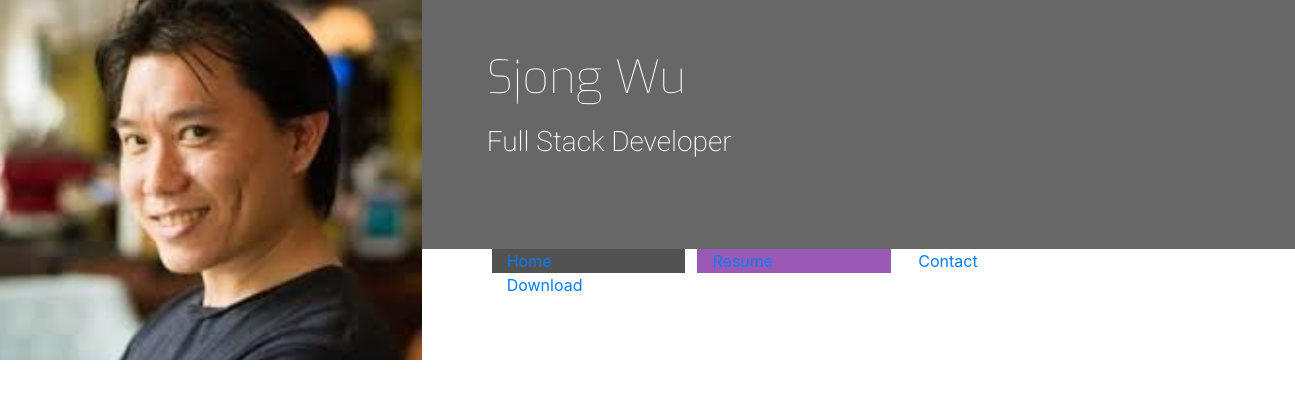
Repository: Scuzeme/codeinstitue-resume-project
Page: index.html
The author's editor kept a record of every edit. The page is drawn from the files as they stood at one moment, then again after the next edit.
The browser window is 1280 px wide. The page is 1295 px wide, so the pictures cover 1295 px, including what lies to the right of the window. The pictures show the whole page.

Above is the page before.

After the next edit:
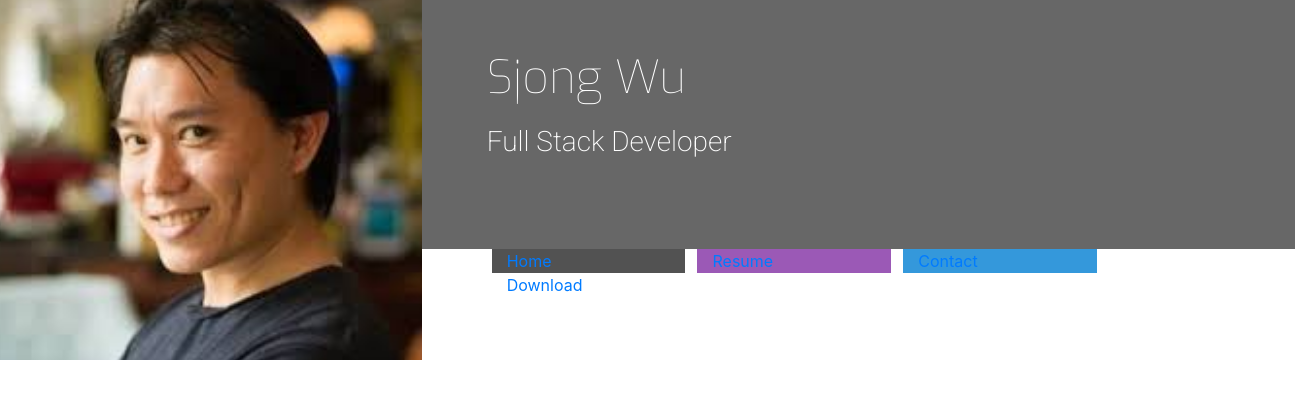
The edit:
--- a/assets/css/style.css
+++ b/assets/css/style.css
@@ -32,7 +32,7 @@
 .ui-menu-color-resume {
     background-color:#9b59b6;
 }
-.ui-menu-color-home {
+.ui-menu-color-contact {
     background-color:#3498db;
 }
 .ui-menu-color-home {
